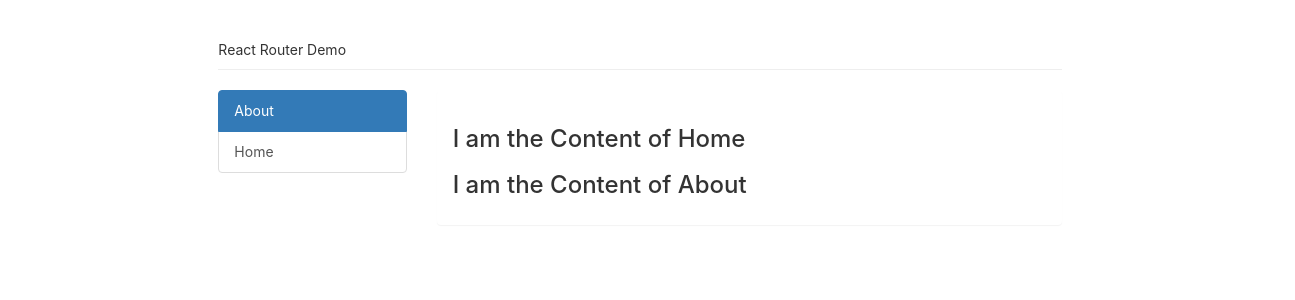
Repository: wenxi0504/Pubsub220113
Page: /about (app in githubsearch/)
The author's editor kept a copy of each file at every save. The page is drawn from the files as they stood at one save, then again after the next save.
The browser window is 1280 px wide. The page is 1295 px wide, so the pictures cover 1295 px, including what lies to the right of the window. The pictures show the whole page.
The project was rebuilt for these pictures with package versions that can differ from the ones it lists, and the page was loaded fresh each time.

Above is the page before, as saved 2022-01-14 23:47:36.

### githubsearch/public/index.html
<!DOCTYPE html>
<html lang="en">
  <head>
    <meta charset="utf-8" />
    <title>react staging</title>
    <link rel="icon" href="%PUBLIC_URL%/favicon.ico" />
    <link rel="stylesheet" href="./css/bootstrap.css" />
    <style>
      .atguigu {
        background-color: orange !important;
        color: white !important

      }
    </style>
  </head>
  <body>
    <noscript>You need to enable JavaScript to run this app.</noscript>
    <div id="root"></div>
  </body>
</html>

### githubsearch/src/index.js
import React from 'react';
import ReactDOM from 'react-dom';
import {BrowserRouter}from'react-router-dom';
import './index.css';
import App from './App';
import reportWebVitals from './reportWebVitals';

ReactDOM.render(
  <React.StrictMode>
    <BrowserRouter>
    <App />
    </BrowserRouter>

  </React.StrictMode>,
  document.getElementById('root')
);

// If you want to start measuring performance in your app, pass a function
// to log results (for example: reportWebVitals(console.log))
// or send to an analytics endpoint. Learn more: https://bit.ly/CRA-vitals
reportWebVitals();

### githubsearch/src/App.js
import React, { Component } from "react"
import{Route,Routes}from'react-router-dom'
import Home from './pages/Home'
import About from './pages/About'
import Header from './components/Header'
import MyNavLink from './components/MyNavLink'
export default class App extends Component {
  render() {
    return (
      <div>
        <div className="row">
          <div className="col-xs-offset-2 col-xs-8">
            <div className= "page-header">
              <Header a={1}/>
            </div>
          </div>
        </div>
        <div className="row">
          <div className="col-xs-2 col-xs-offset-2">
            <div className="list-group">
              {/* <a className="list-group-item" href="./about.html">
                About
              </a>
              <a className="list-group-item active" href="./home.html">
                Home
              </a> */}
              {/* using route to shift different components---write a route link */}
              <MyNavLink to="/about">About</MyNavLink>
              <MyNavLink to="/home">Home</MyNavLink>

            </div>
          </div>
          <div className="col-xs-6">
            <div className="panel">
              <div className="panel-body">
                {/* Register route */}
          <Routes>
                <Route path="/about" element={About}/>
                <Route path="/home" element={Home}/>
                </Routes>


              <Home/>
              <About/>
              </div>
            </div>
          </div>
        </div>
      </div>
    );
  }
}

### githubsearch/src/pages/Home/index.js
import React, { Component } from 'react'

export default class Home extends Component {
    render() {
        return (

                <h3>I am the Content of Home</h3>

        )
    }
}

### githubsearch/src/pages/About/index.js
import React, { Component } from 'react'

export default class About extends Component {

    render() {
        console.log('The props that About component receive is? ',this.props)
        return (

               <h3>I am the Content of About</h3>

        )
    }
}

### githubsearch/src/components/Header/index.js
import React, { Component } from 'react'

export default class Header extends Component {
    render() {
        console.log('The props that Header component receive is? ',this.props)
        return (
            <div>
                React Router Demo
            </div>
        )
    }
}

### githubsearch/src/components/MyNavLink/index.js
import React, { Component } from 'react'
import {NavLink} from 'react-router-dom'

export default class MyNavLink extends Component {
    render() {
        //way 1
        // const{to,title}=this.props
        // return (
        //     <NavLink  activeClassName="atguigu"className="list-group-item" to={to}>{title}</NavLink>
        // )
        //way 2
        // const{title}=this.props
        // return (
        //     <NavLink  activeClassName="atguigu"className="list-group-item" {...this.props}>{title}</NavLink>
        // )
        //way3 tag body is also a special props
        const{title}=this.props
        return (
            <NavLink  activeClassName="atguigu"className="list-group-item" {...this.props} />
        )

    }
}

Loaded but not shown: githubsearch/src/index.css (common file); githubsearch/src/reportWebVitals.js (common file); githubsearch/public/css/bootstrap.css (library)

After the next save:
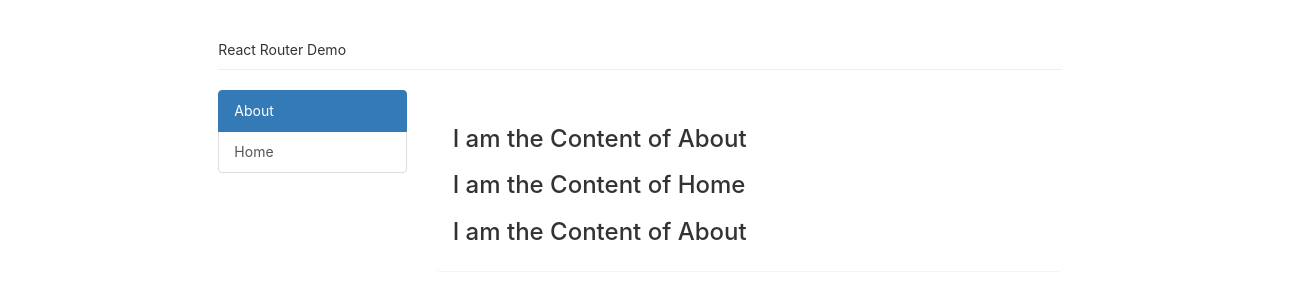
Saved 4 min 42 s later.
--- a/githubsearch/src/App.js
+++ b/githubsearch/src/App.js
@@ -35,8 +35,8 @@ export default class App extends Component {
               <div className="panel-body">
                 {/* Register route */}
           <Routes>
-                <Route path="/about" element={About}/>
-                <Route path="/home" element={Home}/>
+                <Route path="/about" element={<About/>}/>
+                <Route path="/home" element={<Home/>}/>
                 </Routes>
 
 
